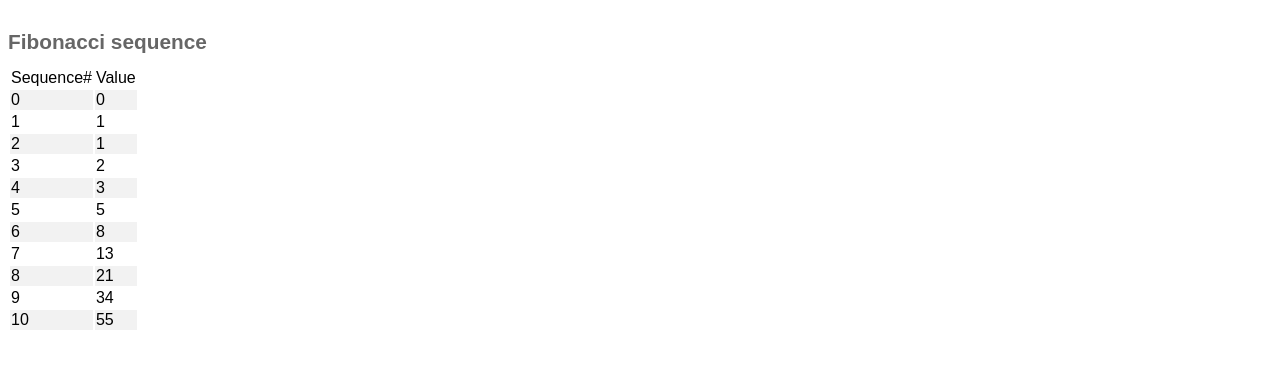
Repository: hhugohm/php_basic
Page: http://localhost/src/fibonnacci.php
The author's editor kept a copy of each file at every save. The page is drawn from the files as they stood at one save, then again after the next save.
The browser window is 1280 px wide. The pictures show the whole page.
The page is run by PHP 8.4 with error messages shown; the project is at /var/www/html/.

Above is the page before, as saved 2017-06-08 22:58:18.

After the next save:
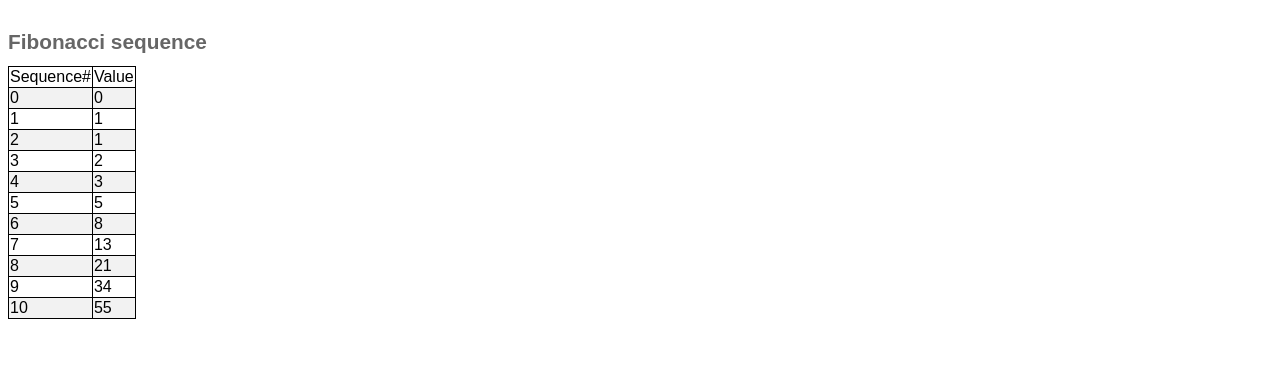
Saved 2 min 32 s later.
--- a/php_unidad4/src/common.css
+++ b/php_unidad4/src/common.css
@@ -14,6 +14,11 @@ h3 { font-weight: normal; margin: 30px 0 12px; color: #666; font-size: 1.2em; }
 h4 { font-weight: bold; margin: 25px 0 12px; color: #666; font-size: 1.0em; }
 h5 { font-weight: bold; margin: 25px 0 12px; color: #666; font-size: 0.9em; }
 
+table, th, td {
+    border: 1px solid black;
+    border-collapse: collapse;
+}
+
 tr:nth-child(even) {background-color: #f2f2f2}
 
 
